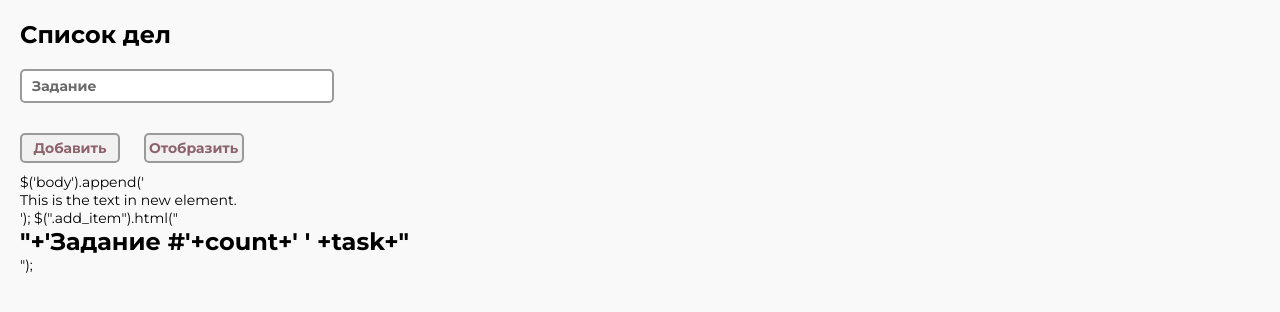
Repository: andbaik/it_unit9
Page: index.html
The author's editor kept a copy of each file at every save. The page is drawn from the files as they stood at one save, then again after the next save.
The browser window is 1280 px wide. The pictures show the whole page.

Above is the page before, as saved 2021-04-10 23:22:27.

### index.html
<!DOCTYPE html>
<html lang="ru">
<head>
    <meta charset="UTF-8">
    <meta http-equiv="X-UA-Compatible" content="IE=edge">
    <meta name="viewport" content="width=device-width, initial-scale=1.0">
    <title>Список дел</title>
    <link rel="stylesheet" href="/css/style.css">
</head>
<body>

    <head>
        <h1>Список дел</h1>
    </head>
    <section>
        <input type="text" name="task" id="task" value="Задание">
        <div class="btn-block">
        <button id="add_btn" class="add-task btn">Добавить</button>
        <button id="show_btn" class="show-task btn">Отобразить</button>
        </div>
        <div id="result"> Элемент был добавлен</div>
    </section>
    <script src="https://ajax.googleapis.com/ajax/libs/jquery/3.6.0/jquery.min.js"></script>
    <script>
        let count = 0;
        $("#add_btn").on('click',function(){
            let task = $("input").val()
            count++;
            $("#result").css("display", "block");
            setTimeout( function(){$("#result").hide()}, 2000);
            $('<div>').attr({'class':'add_item'}).insertAfter ("#result");
                $(".add_item").html("<h1>"+'Задание #'+count+' ' +task+"</h1>").appendTo('section');

        });
    </script>
$('body').append('<p>This is the text in new element.<p>');
    $(".add_item").html("<h1>"+'Задание #'+count+' ' +task+"</h1>");


</body>
</html>

### css/style.css
@import url('https://fonts.googleapis.com/css2?family=Montserrat:wght@400;700&display=swap');

* {
    margin: 0;
    padding: 0;
    font-family: 'Montserrat', sans-serif;
    font-size: 14px;
}

body {
    margin: 20px;
    background-color: #FAF9FA;

}

h1 {
    font-size: 24px;
}

input {
    width: 300px;
    height: 30px;
    border: 2px solid #9B9A9B;
    border-radius: 5px;
    color: #6B6A6B;
    outline: none;
    padding-left: 10px;
    font-weight: 700;
    margin: 20px 0;
}

input:focus{
    border-color: #8C636B;
    color: #8C636B;
}

section .btn-block{
    margin: 10px 0;
}

.btn {
    width: 100px;
    height: 30px;
    background-color: #F2F1F2;
    color: #8C636B;
    border: 2px solid #9B9A9B;
    border-radius: 5px;
    font-weight: 700;
    outline: none;

}

.btn:hover {
    border-color: rgb(151, 24, 24);
    background-color: #8C636B;
    color: white;
}

.show-task{
    margin-left: 20px;
}

#result {
    width: 300px;
    height: 30px;
    border: 2px solid #9B9A9B;
    border-radius: 5px;
    line-height: 30px;
    font-weight: 700;
    color: #848384;
    padding: 10px;
    margin: 30px 0;
    display:none;
}

.add-el{
    color: #5C5B5C;
}

.add_item {
    background-color: #8C636B;
}

After the next save:
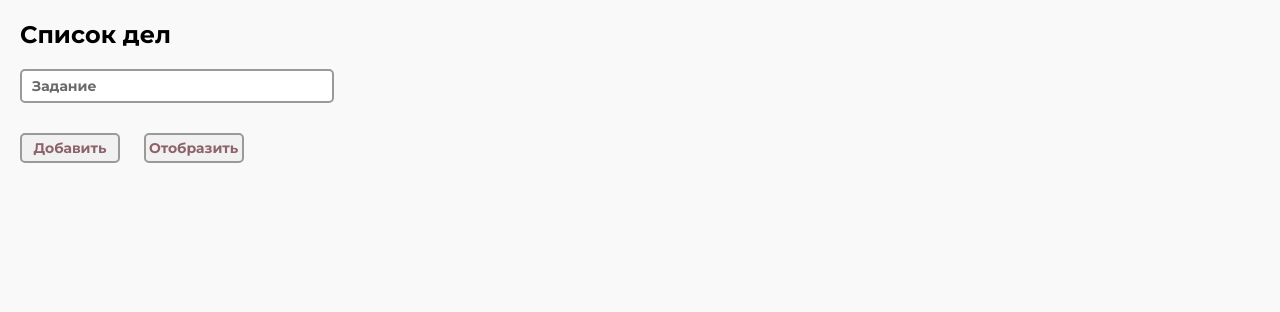
Saved 5 s later.
--- a/index.html
+++ b/index.html
@@ -33,7 +33,7 @@
 
         });
     </script>
-$('body').append('<p>This is the text in new element.<p>');
+<!--$('body').append('<p>This is the text in new element.<p>');
     $(".add_item").html("<h1>"+'Задание #'+count+' ' +task+"</h1>");
 
 
